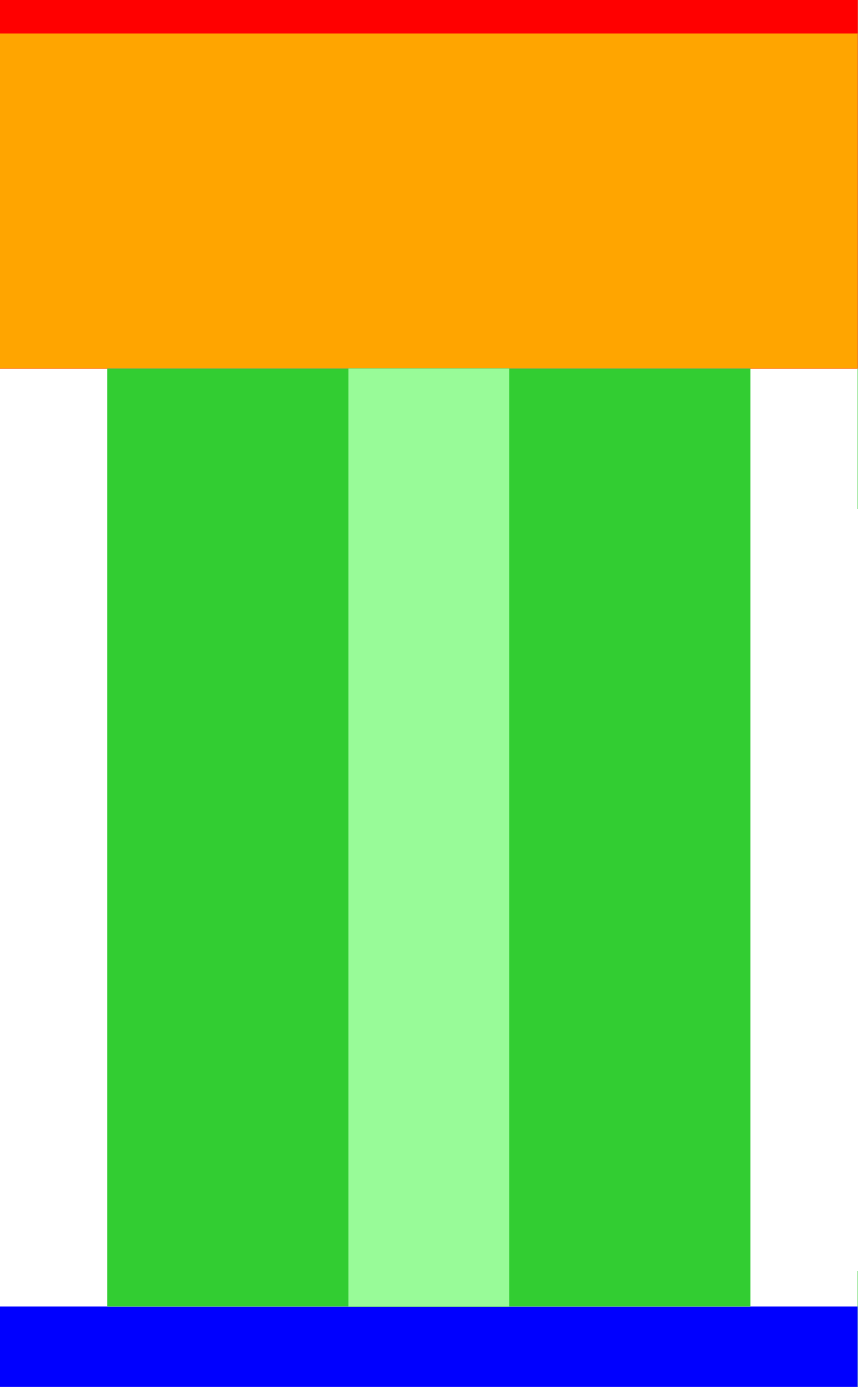
Repository: momopomi/htmlcss
Page: exercise/1-4.html
The author's editor kept a record of every edit. The page is drawn from the files as they stood at one moment, then again after the next edit.
The browser window is 1280 px wide. The pictures show the whole page, at 67% of full size.

Above is the page before.

After the next edit:
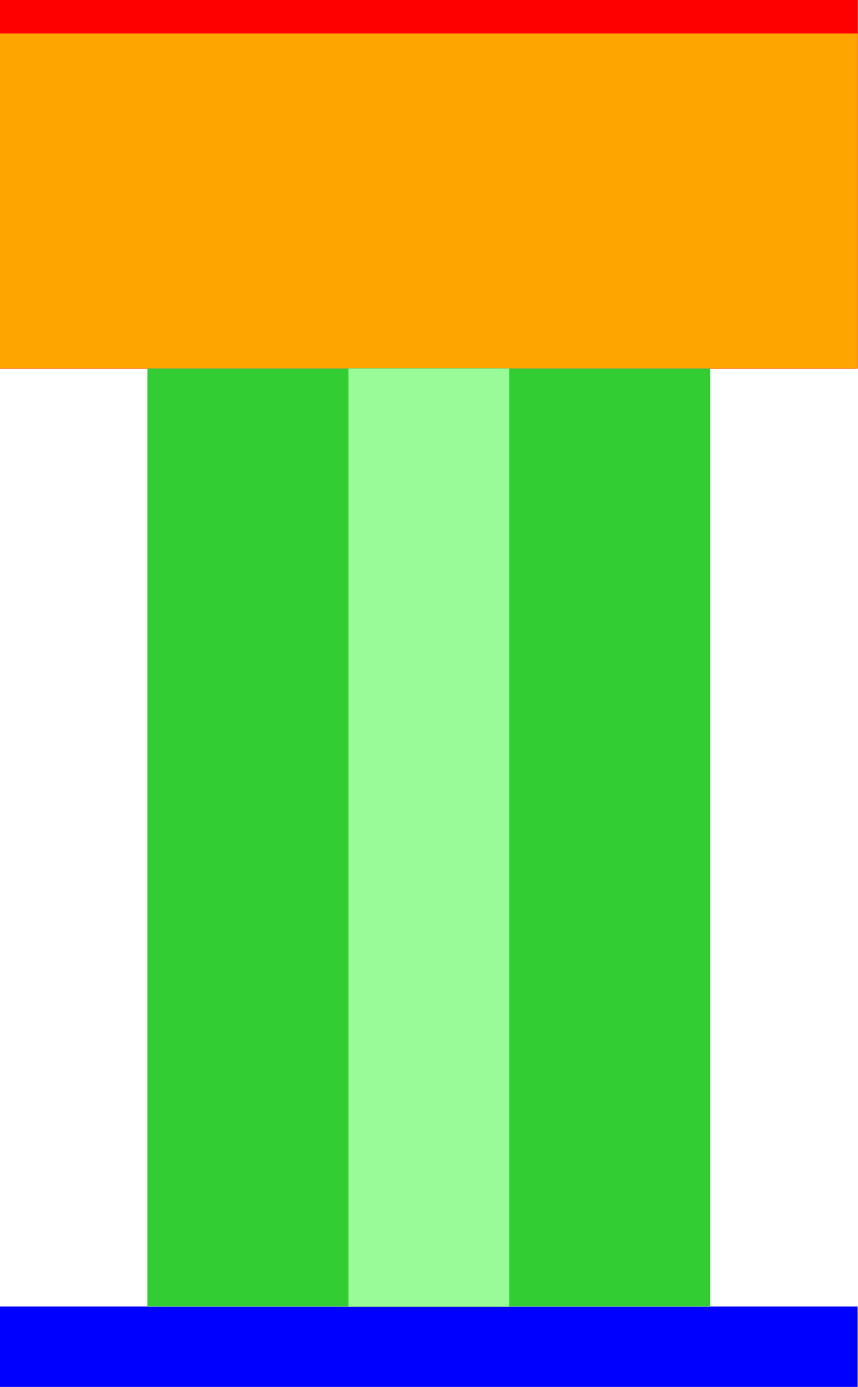
The edit:
--- a/exercise/1-4.css
+++ b/exercise/1-4.css
@@ -23,11 +23,11 @@
   background-color: orange; /* 背景色pink */
 }
 
-.main{
-  width: 100%; /* 横幅いっぱい */
-  height: 1400px; /* 高さ1400px（多めに設定） */
+.main {
+  width: 840px; /* 横幅840px */
   display: flex; /* Flexboxの利用 */
-  justify-content: center; /* 子要素の横並び・中央寄せ */
+  justify-content: center; /* 要素の横並び・中央寄せ */
+  margin: 0 auto; /* 中央寄せ（左右に余白がないとできない） */
 }
 
 .blog {
